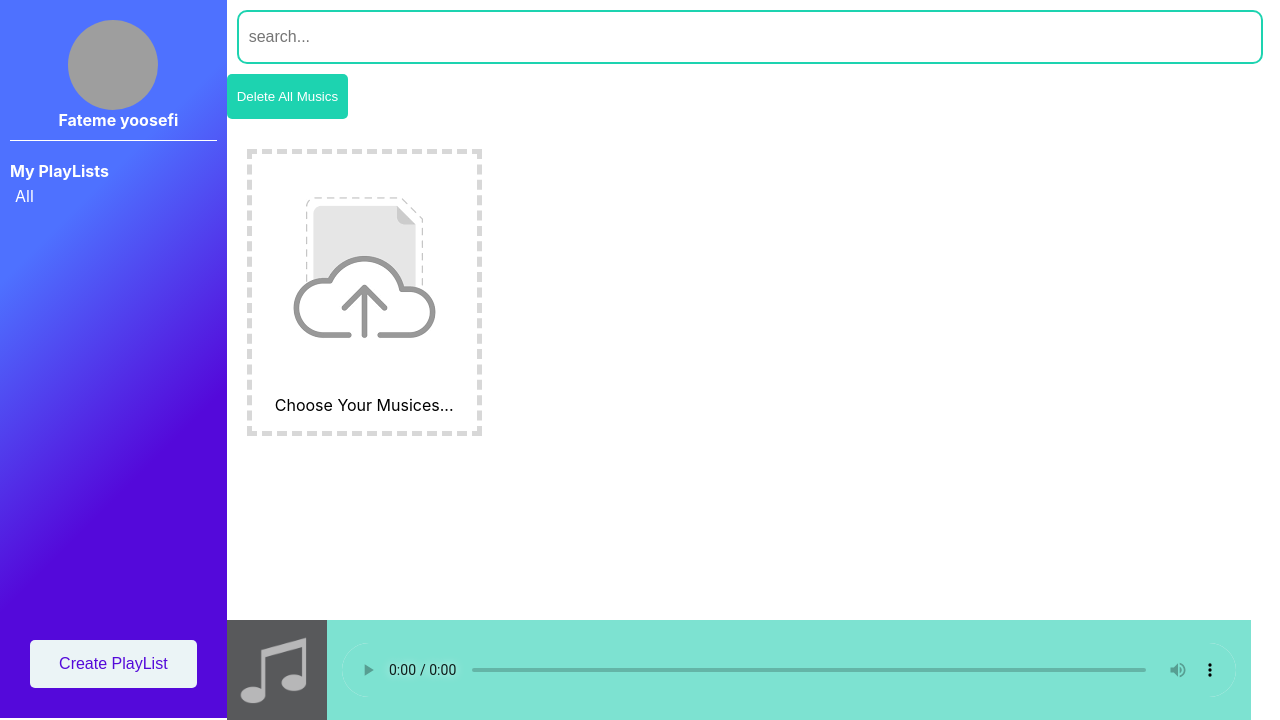
Repository: fateme81yosefi/musicPlayer
Page: /
These files come from the project's save history. The page is drawn as it stood at one moment and after a run of saves; the edit follows.
The browser window is 1280 px wide. The pictures show the whole page.
Pictures or frames that could not be fetched are drawn as grey boxes. The project was rebuilt for these pictures with package versions that can differ from the ones it lists, and the page was loaded fresh each time.

Above is the page before, as saved 2025-06-28 14:01:43.

After the next 2 saves:
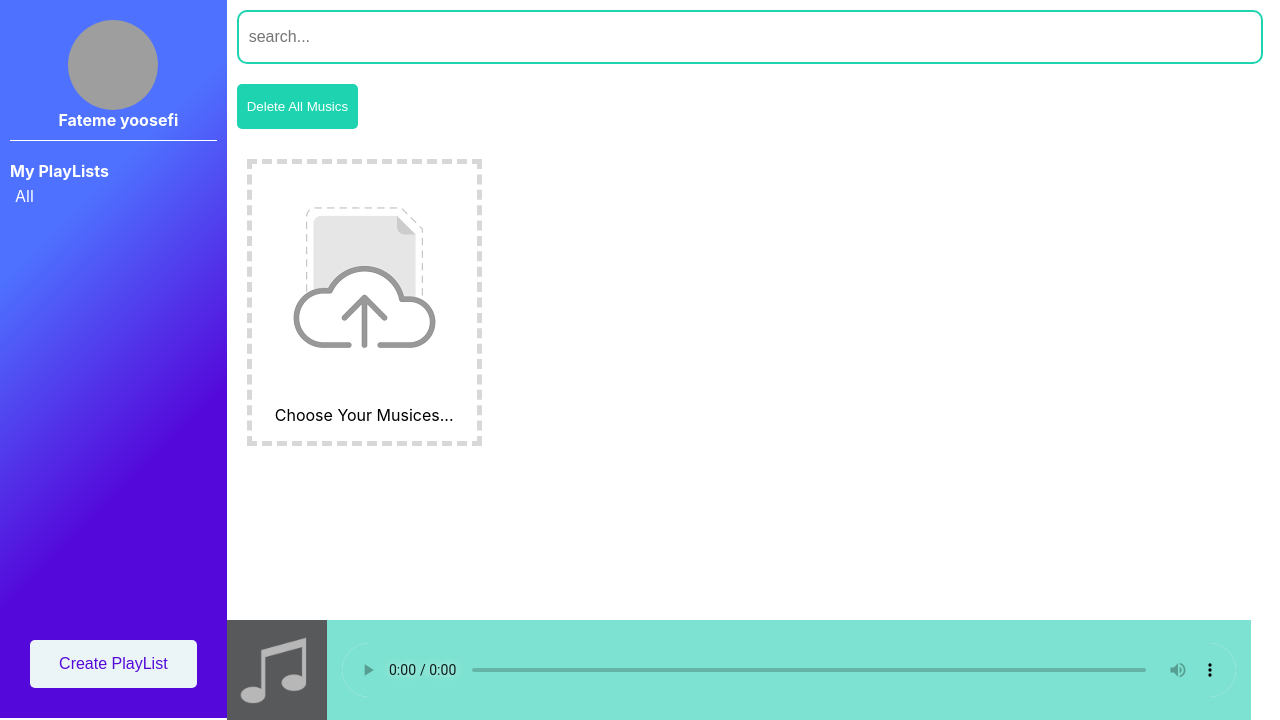
The 2 saves are shown as one change because they came seconds apart.
The last was saved 53 s later.
--- a/src/Data/FileUploader/FileUploader.css
+++ b/src/Data/FileUploader/FileUploader.css
@@ -1,73 +1,73 @@
-.chooseFile{
-    border: 5px dashed rgb(216, 216, 216);
-    display: flex;
-    flex-direction: column;
-    align-items: center;
-    justify-content: space-around;
-    margin: 10px;
-    margin-bottom: 100px;
+.chooseFile {
+  border: 5px dashed rgb(216, 216, 216);
+  display: flex;
+  flex-direction: column;
+  align-items: center;
+  justify-content: space-around;
+  margin: 10px;
+  margin-bottom: 100px;
 }
-.selectedAudio::-webkit-media-controls-panel{
-    background-color: rgb(211, 211, 211);
-    border: none;
+.selectedAudio::-webkit-media-controls-panel {
+  background-color: rgb(211, 211, 211);
+  border: none;
 }
-.selectedAudio{
-    border-radius: 0;
-    background-color:  rgb(211, 211, 211);
-    padding: 20px;
-    width: 100% !important;
-    display: none;
+.selectedAudio {
+  border-radius: 0;
+  background-color: rgb(211, 211, 211);
+  padding: 20px;
+  width: 100% !important;
+  display: none;
 }
-.singleSelectedAudio{
-    background-color:  rgb(255, 255, 255);
-    border-bottom: 1px solid rgb(238, 238, 238);
+.singleSelectedAudio {
+  background-color: rgb(255, 255, 255);
+  border-bottom: 1px solid rgb(238, 238, 238);
 }
-.row{
-    display: flex;
-    flex-direction: row;
-    justify-content: space-between;
+.row {
+  display: flex;
+  flex-direction: row;
+  justify-content: space-between;
 }
 
-.cover{
-   width: 40px;
-   height: 40px;
+.cover {
+  width: 40px;
+  height: 40px;
 }
-.containDetails{
-    display: flex;
-    flex-direction: row;
-    align-items: center;
-    justify-content: center;
+.containDetails {
+  display: flex;
+  flex-direction: row;
+  align-items: center;
+  justify-content: center;
 }
 
-.containSingle{
-    padding: 10px;
-    display: flex;
-    flex-direction: row;
+.containSingle {
+  padding: 10px;
+  display: flex;
+  flex-direction: row;
 }
-.name{
-    margin-left: 10px;
+.name {
+  margin-left: 10px;
 }
-.play{
-    width: 30px;
-    height:30px;
+.play {
+  width: 30px;
+  height: 30px;
 }
-.btnPlay{
-    background-color: transparent;
-    border: none;
+.btnPlay {
+  background-color: transparent;
+  border: none;
 }
 
-.deleteAll{
-    background-color: #1dd3b0;
-    margin-bottom: 10px;
-    padding: 15px 10px;
-    border-radius: 5px;
-    border: none;
-    color: #ffff;
-
+.deleteAll {
+  margin: 10px;
+  background-color: #1dd3b0;
+  margin-bottom: 10px;
+  padding: 15px 10px;
+  border-radius: 5px;
+  border: none;
+  color: #ffff;
 }
-select{
-    background-color: #1dd3b0;
-    padding: 10px;
-    border: none;
-    color: white;
+select {
+  background-color: #1dd3b0;
+  padding: 10px;
+  border: none;
+  color: white;
 }
